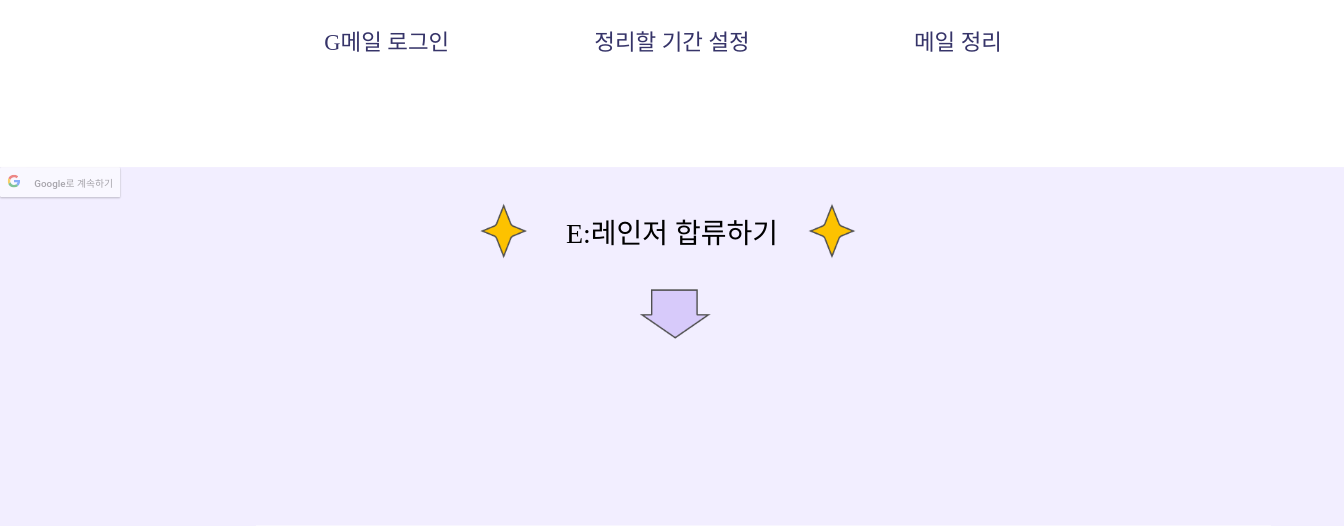
Repository: Sopkathon-30th-2/frontend
Page: /
An editor plug-in stored every save of this project. The page is shown before and after a run of saves, followed by the edit.
The browser window is 1280 px wide. The page is 1920 px wide, so the pictures cover 1920 px, including what lies to the right of the window. The pictures show the part of the page from y = 3484 to 4764 px (the page is 4235 px tall before and 7912 px after), at 70% of full size.
The project was rebuilt for these pictures with package versions that can differ from the ones it lists, and the page was loaded fresh each time. Also part of the build but not shown: src/components/common/ErrorBoundary.jsx, src/components/common/ErrorComponent.jsx, src/components/common/Loading.jsx, src/utils/wrapPromise.js, src/lib/index.js, src/pages/Sample.jsx, src/pages/ResultPage.jsx, src/components/common/Header.jsx and 1 more.

Above is the page before, as saved 2022-05-22 07:38:02.

### src/App.js
import Router from './cores/router';
import { ThemeProvider } from 'styled-components';
import GlobalStyle from './styles/globalStyle';
import { theme } from './styles/theme';

function App() {
  return (
    <>
      <GlobalStyle />
      <ThemeProvider theme={theme}>
      <Router />
      </ThemeProvider>
    </>
  );
}

export default App;

### src/cores/router.jsx
import React from 'react';
import { BrowserRouter, Route, Routes } from 'react-router-dom';

import Sample from '../pages/Sample';
import MainPage from '../pages/MainPage';
import ResultPage from '../pages/ResultPage';
import CleanMailPage from '../pages/CleanMailPage';

function Router() {
  return (
    <BrowserRouter>
      <Routes>
        <Route path="/" element={<MainPage />} />
        <Route path="/cleanmail" element={<CleanMailPage />} />
        <Route path="/result" element={<ResultPage />} />
        <Route path="/sample" element={<Sample />} />
      </Routes>
    </BrowserRouter>
  );
}

export default Router;

### src/styles/globalStyle.jsx
import { createGlobalStyle } from 'styled-components';
import { reset } from 'styled-reset';

import { theme } from './theme';

const GlobalStyle = createGlobalStyle`
  ${reset}
  /* @font-face {font-family:; src: url("") format(""); } */
  #root, body,html {
    margin: 0 auto;
    font-size: 10px;
    font-family: "GmarketSansTTFMedium";
  }
  #root{
    /* background-color: ; */
  }
  * {
    box-sizing: border-box;
	}
  button:hover {
    cursor: pointer;
  }
`;

export default GlobalStyle;

### src/pages/MainPage.jsx
import React from 'react';
import styled from 'styled-components';
import GoogleLogin from 'react-google-login';
import Frame from '../assets/image/Frame.png';
import Logo from '../assets/image/MainPageLogo.png';

const BackgroundIMG = styled.img`
  width: 119.4rem;
  height: 423.6rem;
  margin-left: 36.6rem;
  margin-top: -1.8rem;
  position: absolute;
  z-index: 2;
`;

const MainPageLogo = styled.img`
  width: 60rem;
  height: 37.2rem;
  margin-top: 15.6rem;
  margin-left: 66rem;
  position: absolute;
  z-index: 3;
`;

const HeaderContent = styled.div`
  position: absolute;
  width: 93.4rem;
  height: 7.4rem;
  letter-spacing: -0.1rem;
  margin-top: 59.6rem;
  margin-left: 49.3rem;
  font-size: 3.2rem;
  text-align: center;
  color: #363469;
  z-index: 1;
`;
const MainContentFirst = styled.div`
  position: absolute;
  width: 72.3rem;
  height: 7.4rem;
  margin-top: 167.3rem;
  margin-left: 59.9rem;
  font-size: 3.2rem;
  text-align: center;
  z-index: 1;
  color: #363469;
`;
const MainContentSecond = styled.div`
  position: absolute;
  width: 52.6rem;
  height: 7.4rem;
  margin-top: 263.2rem;
  margin-left: 69.7rem;
  font-size: 3.2rem;
  text-align: center;
  z-index: 1;
  color: #363469;
`;

const HowToUseTitle = styled.div`
  position: absolute;
  width: 43.3rem;
  height: 4rem;
  margin-top: 292.3rem;
  margin-left: 74.3rem;
  font-size: 4rem;
  text-align: center;
  z-index: 1;
`;

const HowToUseFirst = styled.div`
  text-align: center;
  padding-top: 0.8rem;

  font-size: 3.2rem;
  margin-left: 52.8rem;
  margin-top: 307.8rem;
  width: 4.8rem;
  height: 4.8rem;
  border-radius: 24px;
  color: #ffb800;
  background-color: #363469;
  position: absolute;
`;
const HowToUseSecond = styled.div`
  font-size: 3.2rem;
  text-align: center;
  padding-top: 0.8rem;

  margin-left: 93.6rem;
  margin-top: 307.8rem;
  width: 4.8rem;
  height: 4.8rem;
  border-radius: 24px;
  color: #ffb800;
  background-color: #363469;
  position: absolute;
`;
const HowToUseThird = styled.div`
  text-align: center;
  padding-top: 0.8rem;
  font-size: 3.2rem;
  margin-left: 134.4rem;
  margin-top: 307.8rem;
  width: 4.8rem;
  height: 4.8rem;
  border-radius: 24px;
  color: #ffb800;
  background-color: #363469;
  position: absolute;
`;

const RoutineFirst = styled.div`
  text-align: center;
  padding-top: 0.8rem;
  font-size: 3.2rem;
  margin-left: 45.6rem;
  margin-top: 352rem;
  width: 19.3rem;
  height: 3.2rem;
  color: #363469;
  position: absolute;
`;
const RoutineSecond = styled.div`
  text-align: center;
  padding-top: 0.8rem;
  font-size: 3.2rem;
  margin-left: 84.3rem;
  margin-top: 352.1rem;
  width: 23.4rem;
  height: 3.2rem;
  color: #363469;
  position: absolute;
`;
const RoutineThird = styled.div`
  text-align: center;
  padding-top: 0.8rem;
  font-size: 3.2rem;
  margin-left: 130.2rem;
  margin-top: 352.1rem;
  width: 13.3rem;
  height: 3.2rem;
  color: #363469;
  position: absolute;
`;

const Googlebox = styled.div`
  position: absolute;
  background-color: #f2eeff;
  width: 192rem;
  height: 51.2rem;
  margin-top: 372.3rem;
  margin-left: 0;
`;

const GoogleTitle = styled.div`
  position: absolute;
  width: 44.8rem;
  height: 4rem;
  margin-top: 379.8rem;
  margin-left: 73.6rem;
  font-size: 4rem;
  text-align: center;
  z-index: 1;
`;

const Googlebtn = styled.div`
  position: absolute;
  width: 44.8rem;
  height: 40rem;
  margin-top: 378.9rem;
  margin-left: 73.6rem;
  font-size: 4rem;
  text-align: center;
  z-index: 1;
`;

function MainPage() {
  const clientId = '875173824142-lrkt4j1fp9s1vvvstrtocv1bdpsk2v0u.apps.googleusercontent.com';
  const onSuccess = async (response) => {
    console.log(response);
  };
  const onFailure = (error) => {
    console.log(error);
  };

  return (
    <>
      <div>
        <MainPageLogo src={Logo} />
      </div>
      <div>
        <BackgroundIMG src={Frame} />
      </div>
      <HeaderContent>
        지구의 e존층을 통해 쓸모 없는 인터넷 기록들이 넘쳐 흐르고 있어요. <br /> 지구가 E:레이저들에게 도움을 요청하고
        있어요
      </HeaderContent>
      <MainContentFirst>
        아파하는 지구를 위해 <br /> 오래된 메일함을 정리할 새로운 E:레인저가 필요해요
      </MainContentFirst>
      <MainContentSecond>
        E-레인저가 되어 e메일함을 정리하고
        <br /> 지구를 지켜봐요
      </MainContentSecond>
      <HowToUseTitle>어떻게 지구를 구할까요?</HowToUseTitle>
      <HowToUseFirst>1</HowToUseFirst>
      <HowToUseSecond>2</HowToUseSecond>
      <HowToUseThird>3</HowToUseThird>
      <RoutineFirst>G메일 로그인</RoutineFirst>
      <RoutineSecond>정리할 기간 설정</RoutineSecond>
      <RoutineThird>메일 정리</RoutineThird>
      <GoogleTitle>E:레인저 합류하기</GoogleTitle>
      <Googlebox>
        <GoogleLogin
          buttonText="Google로 계속하기"
          clientId={clientId}
          responseType={'id_token'}
          onSuccess={onSuccess}
          onFailure={onFailure}
          style={Googlebtn}
        />
      </Googlebox>
    </>
  );
}

export default MainPage;

Loaded but not shown: public/index.html (common file); src/index.js (common file); src/styles/theme.jsx (common file)

After the next 2 saves:
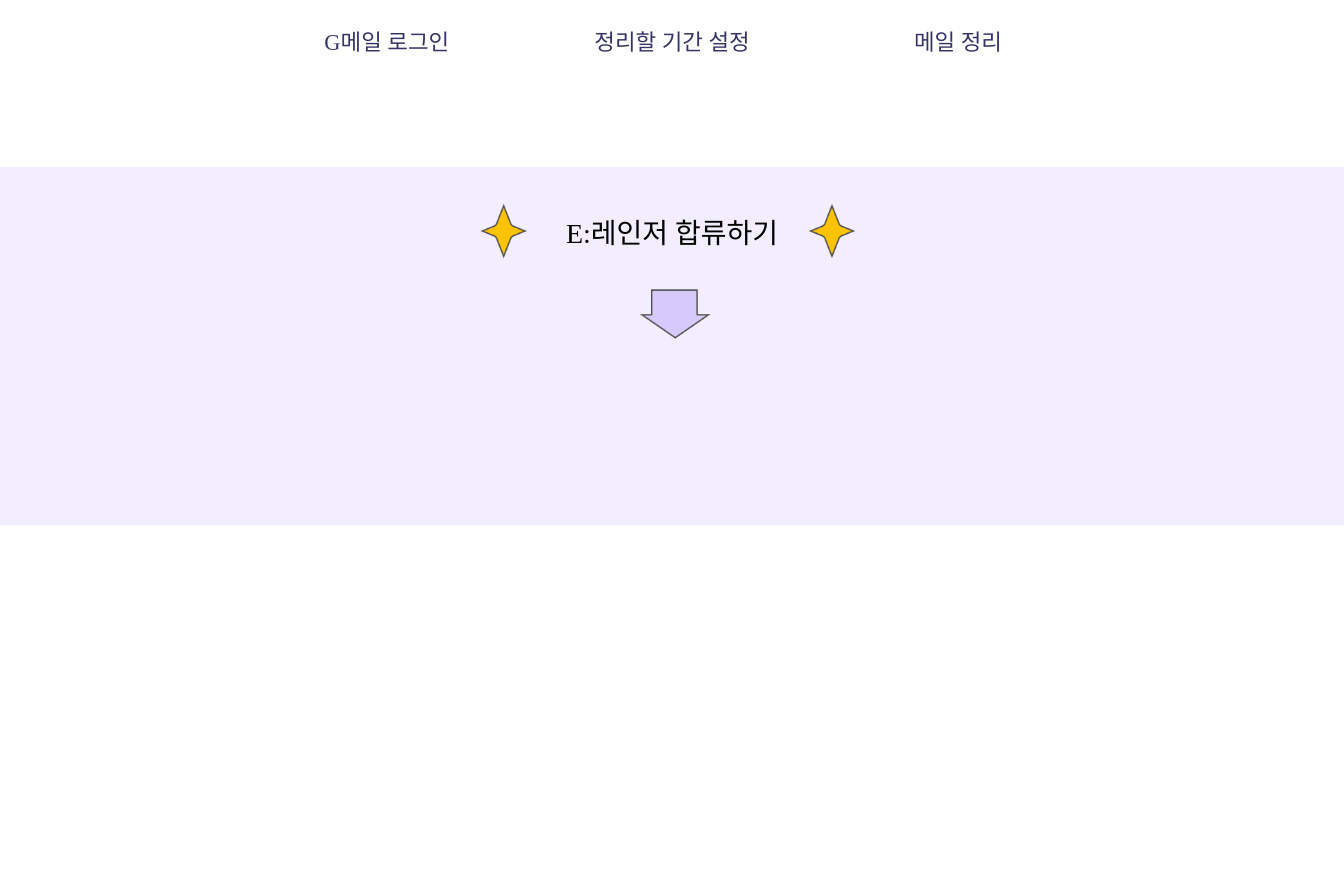
The 2 saves are shown as one change because 1 did not build or start.
The last was saved 2 min 10 s later.
--- a/src/pages/MainPage.jsx
+++ b/src/pages/MainPage.jsx
@@ -212,14 +212,16 @@
       <RoutineThird>메일 정리</RoutineThird>
       <GoogleTitle>E:레인저 합류하기</GoogleTitle>
       <Googlebox>
-        <GoogleLogin
-          buttonText="Google로 계속하기"
-          clientId={clientId}
-          responseType={'id_token'}
-          onSuccess={onSuccess}
-          onFailure={onFailure}
-          style={Googlebtn}
-        />
+        <Googlebtn>
+          <GoogleLogin
+            buttonText="Google로 계속하기"
+            clientId={clientId}
+            responseType={'id_token'}
+            onSuccess={onSuccess}
+            onFailure={onFailure}
+            style={Googlebtn}
+          />
+        </Googlebtn>
       </Googlebox>
     </>
   );
